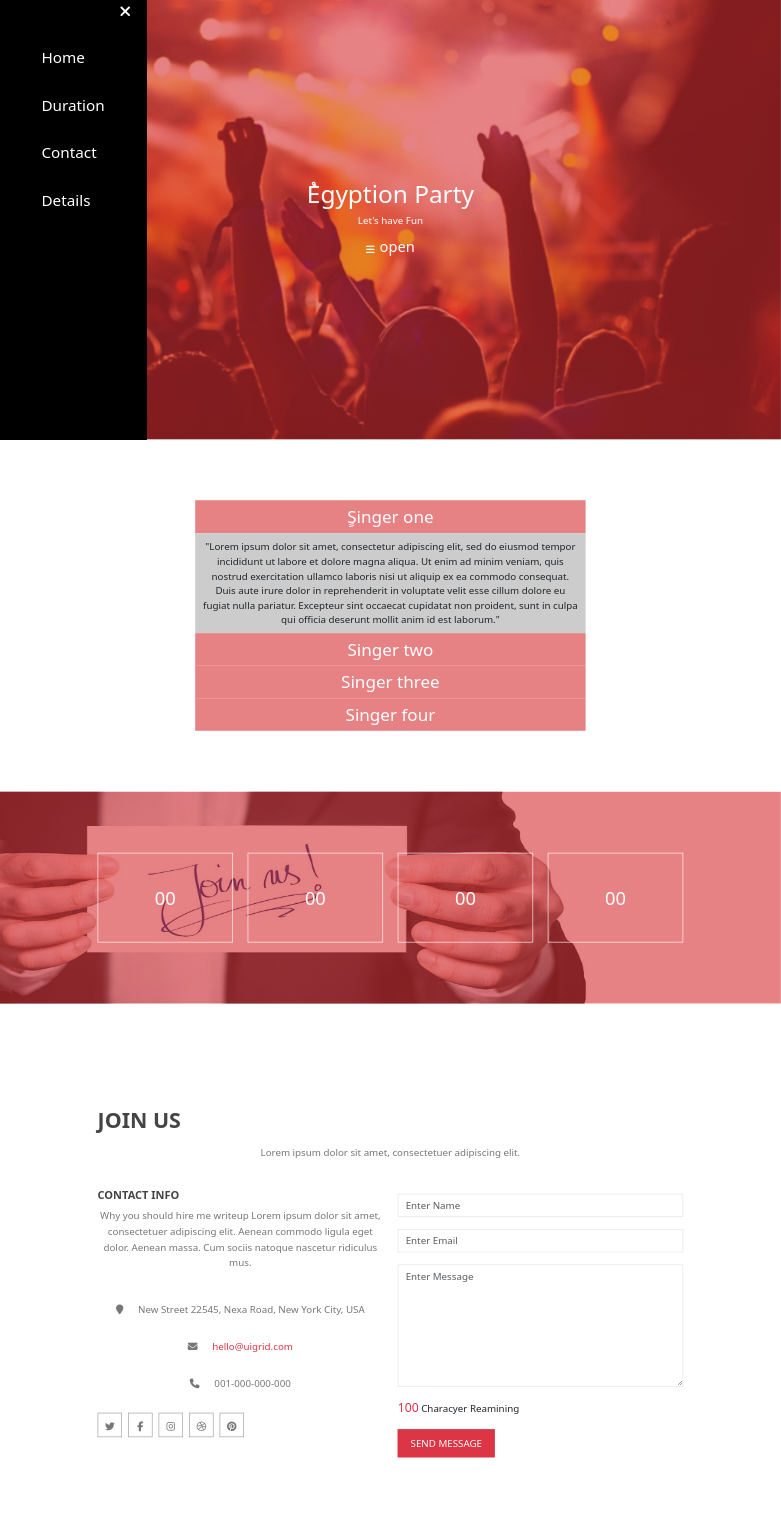
Repository: HagarYousry/jQuery
Page: index.html
These files come from the project's save history. The page is drawn as it stood at one moment and after the next save; the edit follows.
The browser window is 1280 px wide. The pictures show the whole page, at 61% of full size.

Above is the page before, as saved 2024-07-25 19:24:53.
Console error: ReferenceError: navAnchorwidth is not defined

### index.html
<!DOCTYPE html>
<html lang="en">

<head>
    <meta charset="UTF-8">
    <meta name="viewport" content="width=device-width, initial-scale=1.0">
    <title>Egyption party</title>
    <!-- web fonts  -->
    <link rel="stylesheet" href="css/all.min.css">
    <!-- bootstrap -->
    <link rel="stylesheet" href="css/bootstrap.min.css">
    <!-- main css -->
    <link rel="stylesheet" href="css/main.css">
</head>

<body>
    <div id="home">

            <div id="sideNav" class="bg-black p-5">
                    <a class="p-0 closeIcon">
                        <i class="fa-solid fa-xmark "></i>
                    </a>
                     <a class="sideNav-link mt-2" href="#home">Home</a>
                     <a class="sideNav-link" href="#Acordion">Duration</a>
                     <a class="sideNav-link" href="#contact">Contact</a>
                     <a class="sideNav-link" href="#count">Details</a>
            </div>

            <div class="home-title d-flex justify-content-center align-items-center flex-column vh-100 text-white">
                <h1>ُEgyption Party</h1>
                <p>Let's have Fun</p>
                <span class="d-flex align-items-center">
                    <i class=" fa-solid fa-bars"></i>
                    <h4 class="ms-2">open</h4>
                </span>
            </div>


    </div>










    <!-- ! start sideNav section -->
    <!-- <section id="sideNav">
        <div class="navAnchor bg-black">
            <ul>
                <li class="p-0 closeIcon">
                    <i class="fa-solid fa-xmark "></i>
                </li>
                 <li ><a class="sideNav-link" href="#home">Home</a></li>
                 <li ><a class="sideNav-link" href="#Acordion">Duration</a></li>
                 <li ><a class="sideNav-link" href="#contact">Contact</a></li>
                 <li ><a class="sideNav-link" href="#count">Details</a></li>
            </ul>
        </div>

        <div class="navIcon align-self-center bg-danger bg-opacity-50 m-1 text-white p-2">
            <div class="navIcon-content d-flex align-items-center">
                <i class="fa-solid fa-bars"></i>
                <h4 class="ms-2">open</h4>
            </div>
        </div>
    </section> -->
    <!--! end sideNav section -->

    <!--! start header section  -->
    <!-- <header id="home" class="d-flex justify-content-center align-items-center flex-column">
        <div class="home-content text-center text-white">
            <h1>ُEgyption Party</h1>
            <p>Let's have Fun</p>
        </div>
    </header> -->
    <!--! end header section  -->

    <!-- start Acordion section  -->
    <section id="Acordion" class="text-center">

        <div class="container-fluid w-50 ">
            <h3 class="toggle ">ٍSinger one</h3>
            <div class="inner first">"Lorem ipsum dolor sit amet, consectetur adipiscing elit, sed do eiusmod tempor
                incididunt ut labore et dolore magna aliqua. Ut enim ad minim veniam, quis nostrud exercitation ullamco
                laboris nisi ut aliquip ex ea commodo consequat. Duis aute irure dolor in reprehenderit in voluptate
                velit
                esse cillum dolore eu fugiat nulla pariatur. Excepteur sint occaecat cupidatat non proident, sunt in
                culpa
                qui officia deserunt mollit anim id est laborum."
            </div>


            <h3 class="toggle">Singer two</h3>
            <div class="inner">"Sed ut perspiciatis unde omnis iste natus error sit voluptatem accusantium doloremque
                laudantium, totam rem aperiam, eaque ipsa quae ab illo inventore veritatis et quasi architecto beatae
                vitae
                dicta sunt explicabo. Nemo enim ipsam voluptatem quia voluptas sit aspernatur aut odit aut fugit, sed
                quia
                consequuntur magni dolores eos qui ratione voluptatem sequi nesciunt. Neque porro quisquam est, qui
                dolorem
                ipsum quia dolor sit amet, consectetur, adipisci velit, sed quia non numquam eius modi tempora incidunt
                ut
                labore et dolore magnam aliquam quaerat voluptatem. Ut enim ad minima veniam, quis nostrum
                exercitationem
                ullam corporis suscipit laboriosam, nisi ut aliquid ex ea commodi consequatur? Quis autem vel eum iure
                reprehenderit qui in ea voluptate velit esse quam nihil molestiae consequatur, vel illum qui dolorem eum
                fugiat quo voluptas nulla pariatur?"
            </div>


            <h3 class="toggle">Singer three</h3>
            <div class="inner">"But I must explain to you how all this mistaken idea of denouncing pleasure and praising
                pain was born and I will give you a complete account of the system, and expound the actual teachings of
                the
                great explorer of the truth, the master-builder of human happiness. No one rejects, dislikes, or avoids
                pleasure itself, because it is pleasure, but because those who do not know how to pursue pleasure
                rationally
                encounter consequences that are extremely painful. Nor again is there anyone who loves or pursues or
                desires
                to obtain pain of itself, because it is pain, but because occasionally circumstances occur in which toil
                and
                pain can procure him some great pleasure. To take a trivial example, which of us ever undertakes
                laborious
                physical exercise, except to obtain some advantage from it? But who has any right to find fault with a
                man
                who chooses to enjoy a pleasure that has no annoying consequences, or one who avoids a pain that
                produces no
                resultant pleasure?"
            </div>


            <h3 class="toggle">Singer four</h3>
            <div class="inner">"At vero eos et accusamus et iusto odio dignissimos ducimus qui blanditiis praesentium
                voluptatum deleniti atque corrupti quos dolores et quas molestias excepturi sint occaecati cupiditate
                non
                provident, similique sunt in culpa qui officia deserunt mollitia animi, id est laborum et dolorum fuga.
                Et
                harum quidem rerum facilis est et expedita distinctio. Nam libero tempore, cum soluta nobis est eligendi
                optio cumque nihil impedit quo minus id quod maxime placeat facere possimus, omnis voluptas assumenda
                est,
                omnis dolor repellendus. Temporibus autem quibusdam et aut officiis debitis aut rerum necessitatibus
                saepe
                eveniet ut et voluptates repudiandae sint et molestiae non recusandae. Itaque earum rerum hic tenetur a
                sapiente delectus, ut aut reiciendis voluptatibus maiores alias consequatur aut perferendis doloribus
                asperiores repellat."

            </div>

        </div>
    </section>
    <!-- end Acordion section  -->

    <!-- start count section  -->
    <section id="count">
        <div class="container-fluid w-75 text-center text-white">
            <div class="row">
                <div class="col-md-3">
                    <div class="time">
                        <span class="days">00</span>
                    </div>
                </div>

                <div class="col-md-3">
                    <div class="time">
                        <span class="hours">00</span>
                    </div>
                </div>

                <div class="col-md-3">
                    <div class="time">
                        <span class="minutes">00</span>
                    </div>
                </div>

                <div class="col-md-3">
                    <div class="time">
                        <span class="seconds">00</span>
                    </div>
                </div>

            </div>
        </div>
    </section>
    <!-- end count section  -->

    <!-- start contact-us section  -->
    <section id="contact">
        <div class="container-fluid w-75">
            <div class="head">
                <h2 class="text-uppercase fw-bold">Join Us</h2>
                <p class="text-center">Lorem ipsum dolor sit amet, consectetuer adipiscing elit.</p>
            </div>
            <div class="row mt-5">
                <div class="col-md-6">
                    <div class="col-info">
                        <h3 class="text-uppercase">CONTACT INFO</h3>
                        <p class="text-center">Why you should hire me writeup Lorem ipsum dolor sit amet, consectetuer
                            adipiscing elit.
                            Aenean commodo ligula eget dolor. Aenean massa. Cum sociis natoque nascetur ridiculus mus.
                        </p>

                        <div class="icons text-center">
                            <p><i class="fa fa-map-marker"></i> New Street 22545, Nexa Road, New York City, USA</p>

                            <p class="text-danger"><i class="fa fa-envelope"></i> hello@uigrid.com</p>
                            <p><i class="fa fa-phone"></i> 001-000-000-000</p>
                        </div>

                        <div class="social d-flex align-items-center">

                            <i class="fab fa-twitter fa-fw"></i>
                            <i class="fab fa-facebook-f fa-fw"></i>
                            <i class="fab fa-instagram fa-fw"></i>
                            <i class="fab fa-dribbble fa-fw"></i>
                            <i class="fab fa-pinterest fa-fw"></i>

                        </div>
                    </div>
                </div>

                <div class="col-md-6">
                    <form>

                        <input class="form-control mt-2" type="text" placeholder="Enter Name">
                        <input class="form-control" type="email" placeholder="Enter Email">
                        <textarea class="form-control " placeholder="Enter Message"></textarea>
                        <span id="chars" class="text-danger">100</span> Characyer Reamining
                        <button class="btn btn-danger text-uppercase">Send Message</button>

                    </form>
                </div>
            </div>
        </div>
    </section>
    <!-- end contact-us section  -->


    <!-- jquery  -->
    <script src="js/jquery-3.7.1.min.js"></script>
    <!-- index js  -->
    <script src="js/index.js"></script>


</body>

</html>

### css/main.css
#home{
    height: 100vh;
    background-image: linear-gradient(rgba(214, 46, 51, 0.6), rgba(214, 46, 51, 0.6)),
        url(../imgs/events-heavenly-header.jpg);
    background-position: center;
    background-size: cover;
    background-repeat: no-repeat;
}

#sideNav {
    position: fixed;
    top: 0;
    bottom: 0;
    left: 0;
    display: flex;
    flex-direction: column;
    z-index: 9999;
}

#sideNav a{
    padding: 20px;
    text-decoration: none;
    font-size: 25px;
    color: #818181;
    display: block;
    color: white;
    transition: 0.3s;
}

.closeIcon {
    position: absolute;
    top: 0;
    right: 25px;
    font-size: 26px;
    margin-left: 50px;
    color: white;
    padding-bottom: 10px;
    transition: 0.3s;
    cursor: pointer;
}

#sideNav a:hover {
    color: rgba(214, 46, 51, 0.4);
}



/* #sideNav {
    position: fixed;
    top: 0;
    bottom: 0;
    left: 0;
    display: flex;
    z-index: 9999;
}

#sideNav .navAnchor {
    padding: 40px 0 0 0;
    position: relative;
}

#sideNav .navAnchor ul {
    padding: 0 20px 0 20px;
}

#sideNav .navAnchor ul li {
    padding: 25px;
    list-style: none;
    cursor: pointer;
}

#sideNav .navAnchor ul li:hover a {
    color: rgba(214, 46, 51, 0.4);
}

#sideNav .navAnchor ul li a {
    text-decoration: none;
    font-size: 25px;
    color: white;
    transition: 0.3s all;
}


.closeIcon {
    position: absolute;
    top: 0;
    right: 25px;
    font-size: 26px;
    margin-left: 50px;
    color: white;
}

.navIcon {
    border-radius: 20px 20px;
}

.navIcon i,
.navIcon h4 {
    font-size: 30px;
    cursor: pointer;
}

@media (max-width: 991.98px) {
    .navIcon {
        align-self: flex-start !important;
    }

    .navIcon .navIcon-content {
        flex-direction: column;
    }
}


header {
    height: 100vh;
    background-image: linear-gradient(rgba(214, 46, 51, 0.6), rgba(214, 46, 51, 0.6)),
        url(../imgs/events-heavenly-header.jpg);
    background-position: center;
    background-size: cover;
    background-repeat: no-repeat;
}

header h1 {
    font-size: 60px;
} */



/* start Acordion section  */
#Acordion {
    padding: 100px auto;
}

.toggle {
    background-color: rgba(214, 46, 51, 0.6);
    cursor: pointer;
    color: white;
    padding: 10px;
    margin: 0px;
}

.inner {
    background-color: rgb(204, 204, 204);
    display: none;
    padding: 10px;
}

#Acordion .first {
    display: block;
}

/* end Acordion section  */

/* start count section  */

#count {
    background-image: linear-gradient(rgba(214, 46, 51, 0.6), rgba(214, 46, 51, 0.6)), url(../imgs/invitation-2508607__340.jpg);
    background-repeat: no-repeat;
    background-position: center center;
    background-size: 100% 100%;
    position: relative;
}

.container-fluid {
    padding: 100px 0px;
}

.time {
    padding: 50px;
    border: 1px solid #FFF;
    font-weight: 500;
    font-size: 30px;
}

/* end count section  */

/* start contact-us section  */
#contact {
    margin-top: 70px;
}

#contact .head h2 {
    font-size: 35px;
    color: #444;
    margin-bottom: 20px;
}

#contact .head p {
    color: #777;
    font-weight: 300;
    font-size: 16px;
}

#contact .col-md-6 .col-info .icons {
    margin-top: 50px;
}

#contact .col-md-6 .col-info .icons p {
    margin-bottom: 35px;
}

#contact .col-md-6 .col-info h3 {
    color: #444;
    font-size: 18px;
    font-weight: 900;
}

#contact .col-md-6 .col-info p {
    font-size: 16px;
    line-height: 26px;
    color: #777;
}

#contact i {
    margin-right: 20px;
    color: #777;
}

#contact .col-md-6 .col-info .social i {
    margin-right: 10px;
    border: 1px solid #999;
    width: 40px;
    height: 40px;
    line-height: 42px;
    cursor: pointer;
    text-align: center;
    transition: 0.5s all;
}

#contact .col-md-6 .col-info .social i:hover {
    color: #fff;
    background-color: #D62E33;
    border: 1px solid #D62E33;
}

#contact .col-md-6 form input,
#contact .col-md-6 form textarea {
    margin-bottom: 20px;
    border-radius: 0;
}

#contact .col-md-6 form textarea {
    height: 200px;
    resize: vertical;
}

#contact .col-md-6 form button {
    padding: 10px 20px;
    border-radius: 0;
    margin-top: 20px;
    display: block;
}

#contact .col-md-6 form #chars {
    font-size: 20px;
}
/* end contact-us section  */

### js/index.js
/// <reference types="../@types/jquery"/>

// start sideNav section

const sideNavwidth = $('#sideNav').outerWidth(true);
console.log(sideNavwidth);

// console.log(navAnchorwidth);

//! first: Close sideNav
$('#sideNav')
    .animate({ left: -navAnchorwidth }, 0);

let isOpen = false

//! second: on click "navIcon" ,toggle open & close sideNav
$('#sideNav .navIcon')
    .on('click', function () {
        let status;
        // = isOpen ? -navAnchorwidth : 0;
        if (isOpen) {
            status = -navAnchorwidth
            $('.home-content').animate({ marginLeft: 0 }, 1000)
        } else {
            status = 0
            $('.home-content').animate({ marginLeft: navAnchorwidth }, 1000)
        }
        isOpen = !isOpen;

        $(this).parent()
            .animate({ left: status }, 1000)

    })

//! closeIcon
$('.closeIcon')
    .on('click', function () {
        isOpen = !isOpen;
        $('#sideNav')
            .animate({ left: -navAnchorwidth }, 1000);
        $('.home-content').animate({ marginLeft: 0 }, 1000)
    })


//! scroll to sections
$('.sideNav-link[href^="#"]')
    .on('click', function () {
        const sectionId = $(this).attr('href');
        // console.log(section);
        //! get section top
        const sectionTop = $(sectionId).offset().top;
        // console.log(top);
        $('html , body')
            .animate({ scrollTop: sectionTop }, 2000)
    })

// end sideNav section

// start Acordion section
//! slideToggle effect
$('#Acordion .toggle').on('click', function () {
    //! slide up all inner except the one i clicked on
    $('.inner').not($(this).next()).slideUp(500);
    //! slide toggle
    $(this).next().slideToggle(500);
});
// end Acordion section

//start count section
$(window).on('load', function () {
    countDownTime("24 january 2025 00:00:00");
})


function countDownTime(countTo) {

    //! get countTo date
    let futureDate = new Date(countTo);
    futureDate = (futureDate.getTime() / 1000);
    // console.log(futureDate);

    //! get current date
    let now = new Date();
    // console.log(now);
    now = (now.getTime() / 1000);

    //! get the difference between current date and countTo date by sec
    timeDifference = (futureDate - now);

    //?(24 * 60 * 60) ==> num. of sec in day ==> 86400
    let days = Math.floor(timeDifference / 86400);
    let hours = Math.floor((timeDifference - (days * 86400)) / 3600);
    let mins = Math.floor((timeDifference - (days * 86400) - (hours * 3600)) / 60);
    let secs = Math.floor((timeDifference - (days * 86400) - (hours * 3600) - (mins * 60)))


    $(".days").html(`${days} D`);
    $(".hours").html(`${hours} h`);
    $(".minutes").html(`${mins} m`);
    $('.seconds').html(`${secs} s`)

    //! Repeating the Countdown Every Second
    setInterval(function () {
        countDownTime(countTo);
    }, 1000);
}
//end count section

//start contact-us section
let maxLength = 100;
$('textarea').on('keyup', function () {
    //! val as getter ==> lenght
    let length = $(this).val().length;
    // console.log(length);
    let AmountLeft = maxLength - length;
    console.log(AmountLeft);
    if (AmountLeft <= 0) {
        $("#chars").text("your available characters finished");
    }
    else {
        $("#chars").text(AmountLeft);
    }
});
//end contact-us section

Loaded but not shown: css/all.min.css (library); css/bootstrap.min.css (library); js/jquery-3.7.1.min.js (library)

After the next save:
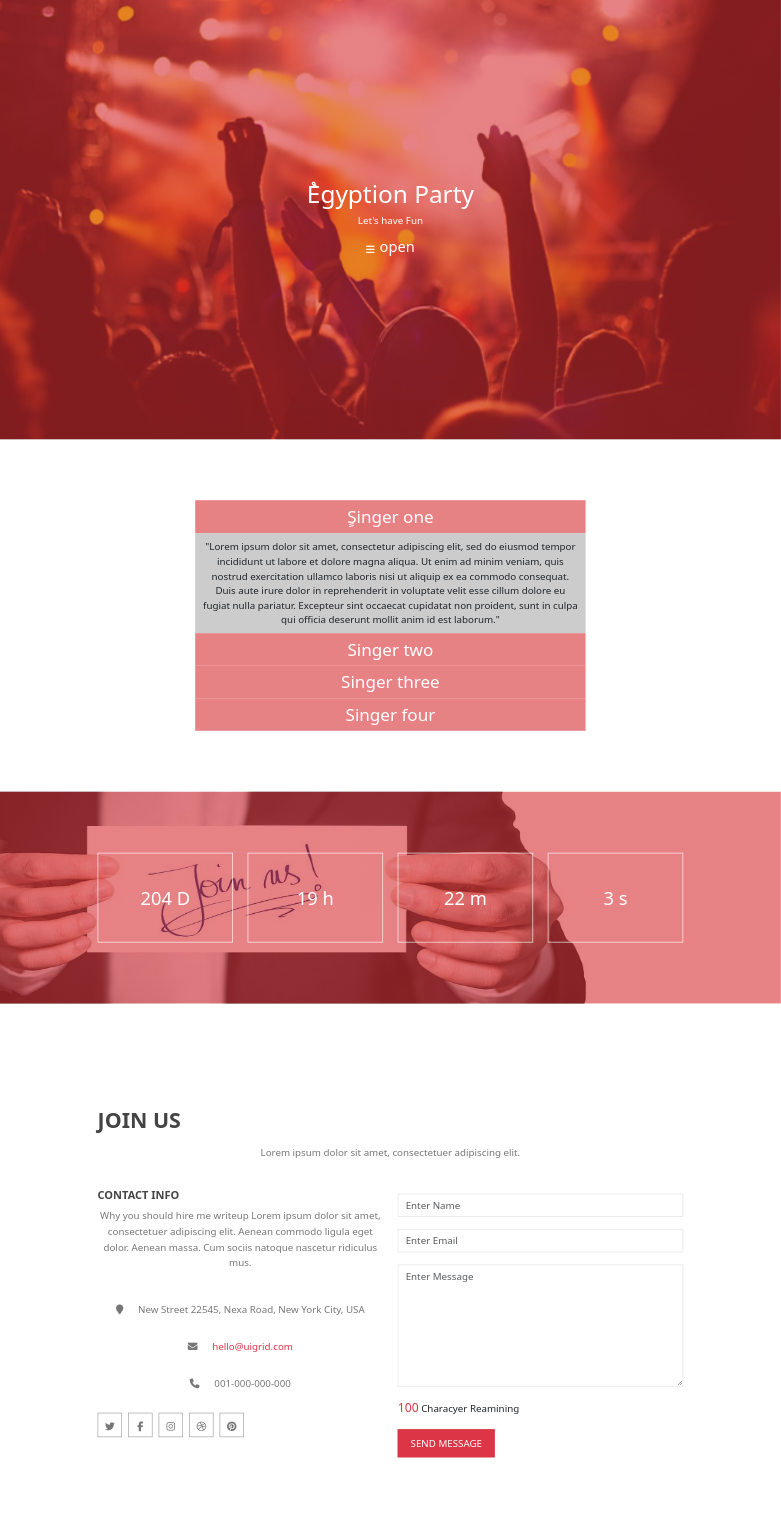
The error is gone.
Saved 36 s later.
--- a/js/index.js
+++ b/js/index.js
@@ -9,7 +9,7 @@ console.log(sideNavwidth);
 
 //! first: Close sideNav
 $('#sideNav')
-    .animate({ left: -navAnchorwidth }, 0);
+    .animate({ left: -sideNavwidth }, 0);
 
 let isOpen = false
 
